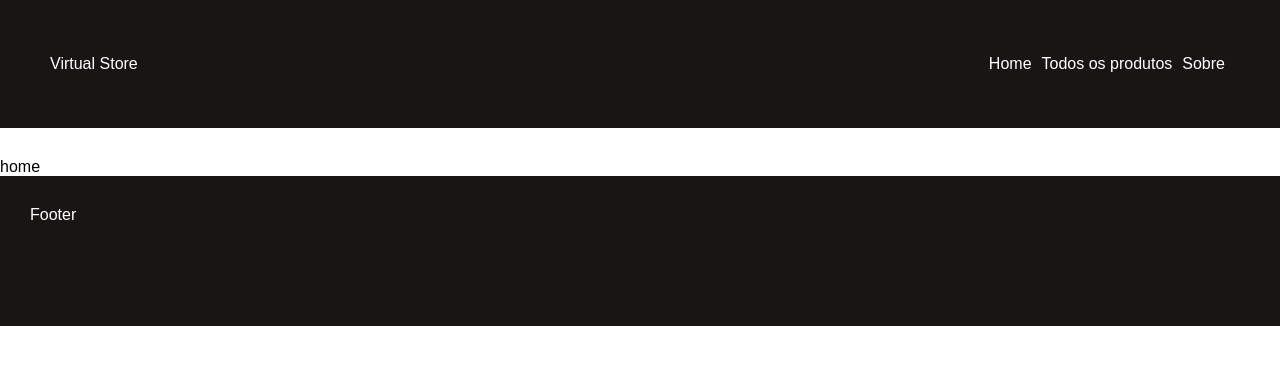
Repository: meiotera/virtuL-store
Page: /
An editor plug-in stored every save of this project. The page is shown before and after the next save, followed by the edit.
The browser window is 1280 px wide. The pictures show the whole page.
The project was rebuilt for these pictures with package versions that can differ from the ones it lists, and the page was loaded fresh each time. Also part of the build but not shown: vite.config.js, src/services/api.js, src/styles/ProductCard.module.css, src/styles/Button.module.css, src/components/Button.jsx, src/components/ProductCard.jsx, src/styles/ProductList.module.css, src/pages/ProductList.jsx and 2 more.

Above is the page before, as saved 2025-04-08 18:34:35.

After the next save:
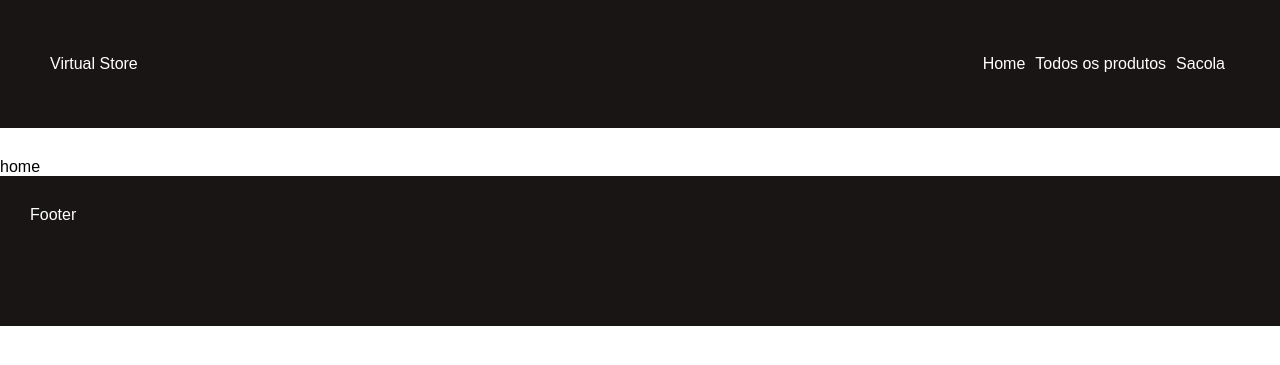
Saved 78 s later.
--- a/src/components/MenuNav.jsx
+++ b/src/components/MenuNav.jsx
@@ -6,7 +6,7 @@ const MenuNav = () => {
     <nav>
       <Link to="/">Home</Link>
       <Link to="/lista-de-produtos">Todos os produtos</Link>
-      <Link to="/sobre">Sobre</Link>
+      <Link to="/cart">Sacola</Link>
     </nav>
   );
 };
